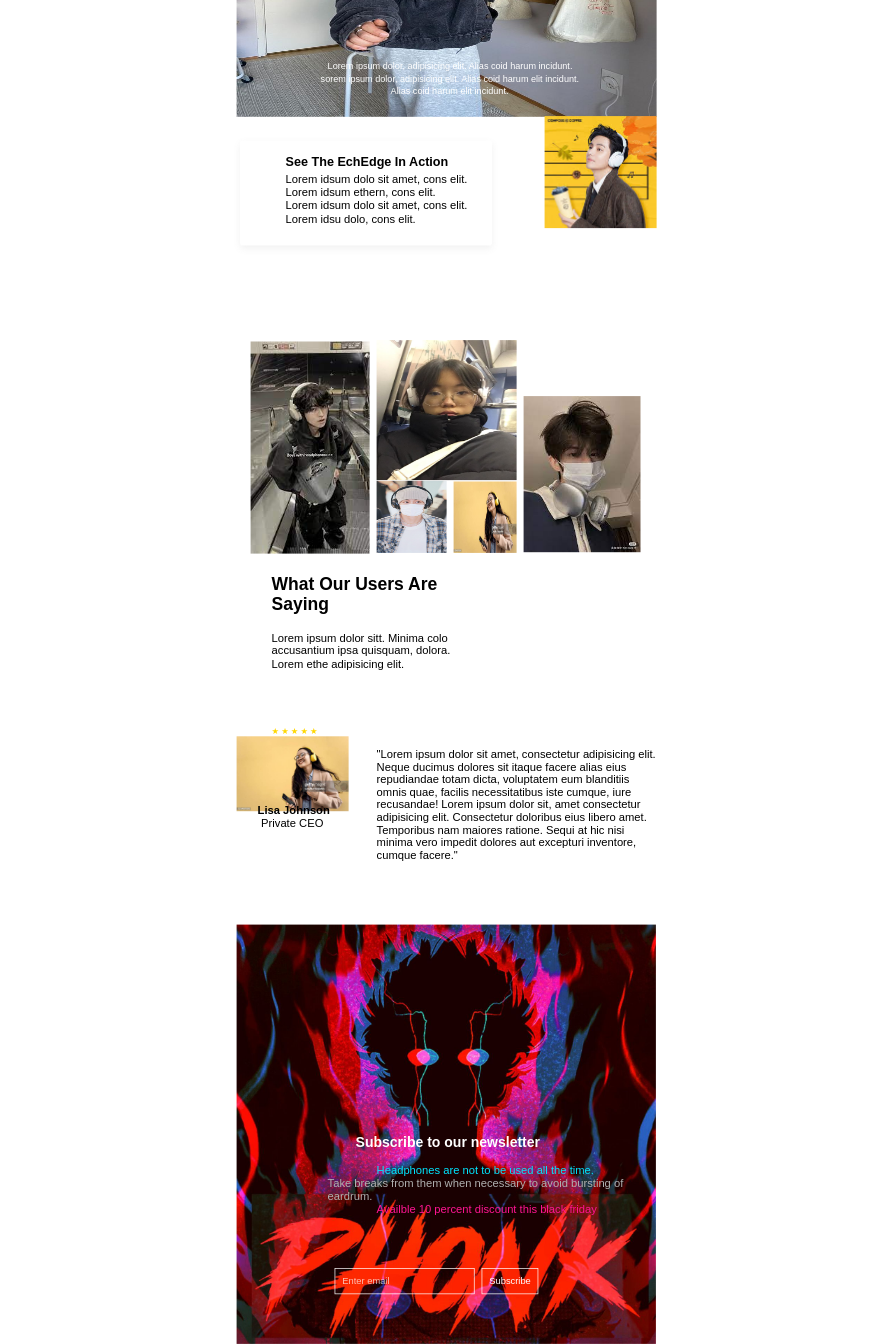
Repository: Femi007-gh/headphones
Page: index.html
An editor plug-in stored every save of this project. The page is shown before and after a run of saves, followed by the edit.
The browser window is 1280 px wide. The pictures show the part of the page from y = 1797 to 3717 px (the page is 3717 px tall), at 70% of full size.

Above is the page before, as saved 2025-03-02 01:12:23.

After the next 3 saves:
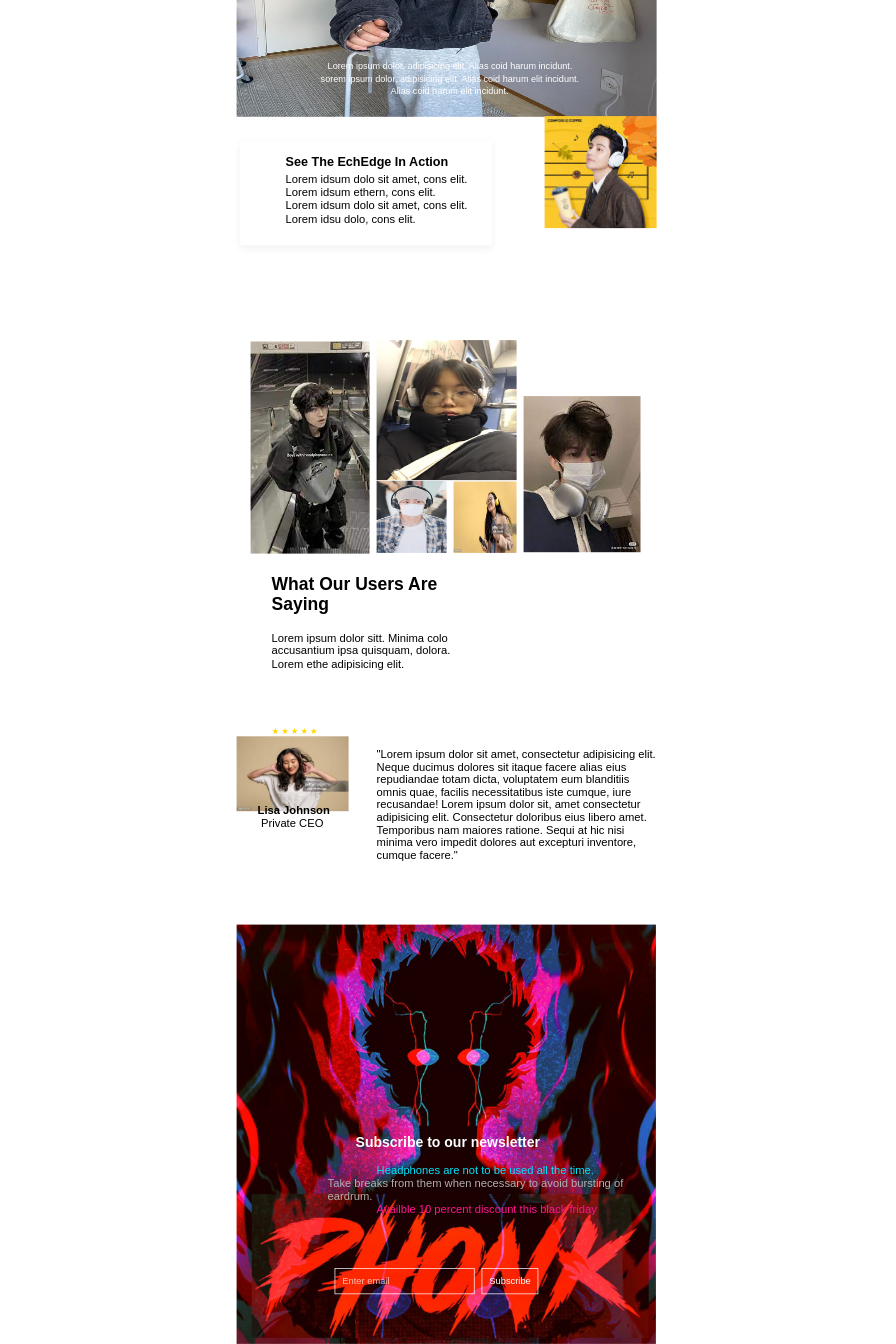
The 3 saves are shown as one change because they came seconds apart.
The last was saved 10 s later.
--- a/index.html
+++ b/index.html
@@ -107,7 +107,7 @@
                 accusantium ipsa quisquam, dolora.</p>
                 <p class="lorem2-2">Lorem ethe adipisicing elit.</p>
                 <div class="stars">★★★★★</div>
-                <img class="circle-image" src="woman-hp3.jpg">
+                <img class="circle-image" src="woman-hp1.jpg">
                 <p class="lorem3-3">"Lorem ipsum dolor sit amet, consectetur adipisicing elit. Neque ducimus dolores sit itaque facere alias eius repudiandae totam dicta, voluptatem eum blanditiis omnis quae, facilis necessitatibus iste cumque, iure recusandae! Lorem ipsum dolor sit, amet consectetur adipisicing elit. Consectetur doloribus eius libero amet. Temporibus nam maiores ratione. Sequi at hic nisi minima vero impedit dolores aut excepturi inventore, cumque facere."</p>
                 <p class="lisa">Lisa Johnson</p>
                 <p class="work">Private CEO</p>

After the 3 saves that followed:
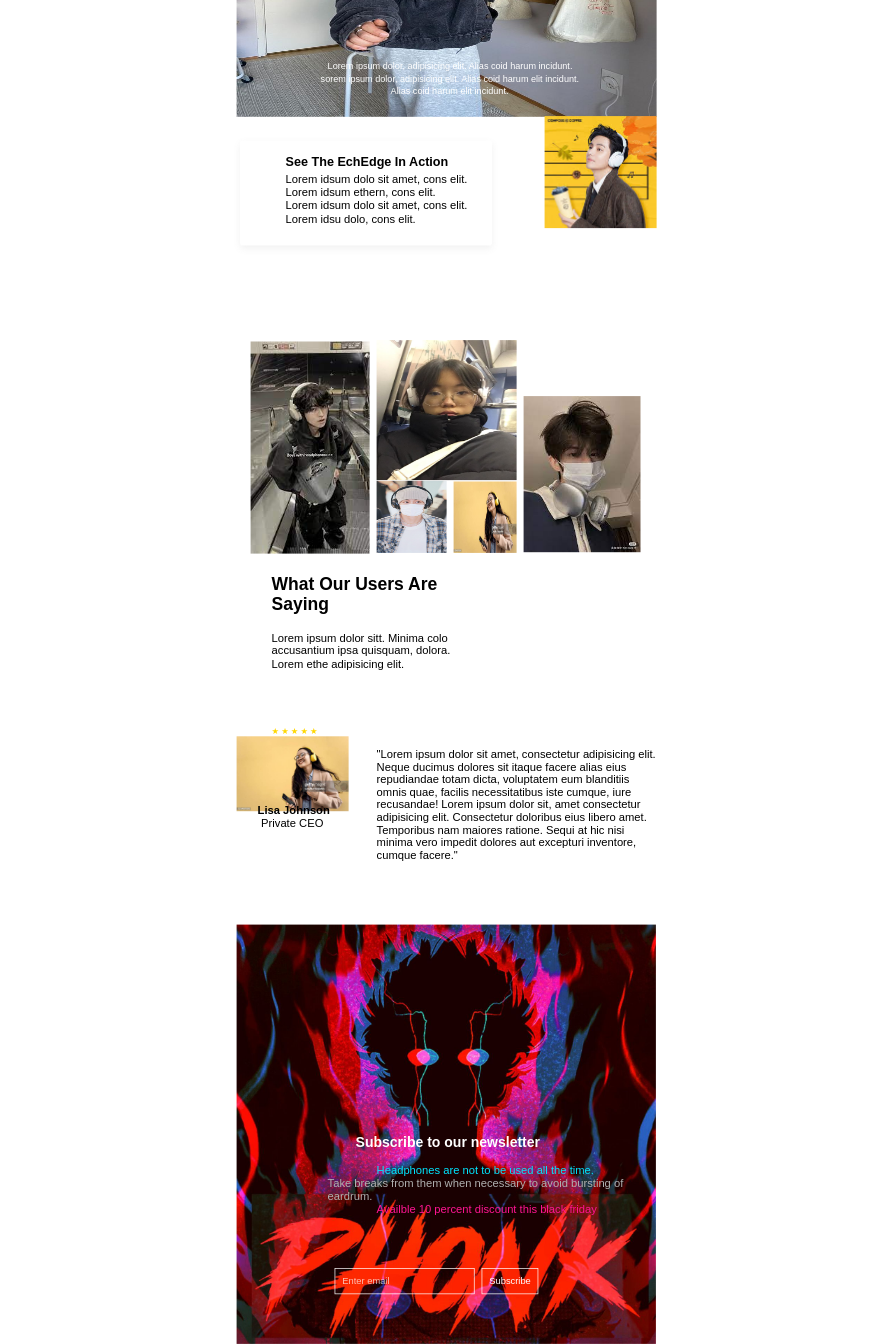
The 3 saves are shown as one change because they came seconds apart.
The last was saved 9 s later.
--- a/index.html
+++ b/index.html
@@ -107,7 +107,7 @@
                 accusantium ipsa quisquam, dolora.</p>
                 <p class="lorem2-2">Lorem ethe adipisicing elit.</p>
                 <div class="stars">★★★★★</div>
-                <img class="circle-image" src="woman-hp1.jpg">
+                <img class="circle-image" src="woman-hp3.jpg">
                 <p class="lorem3-3">"Lorem ipsum dolor sit amet, consectetur adipisicing elit. Neque ducimus dolores sit itaque facere alias eius repudiandae totam dicta, voluptatem eum blanditiis omnis quae, facilis necessitatibus iste cumque, iure recusandae! Lorem ipsum dolor sit, amet consectetur adipisicing elit. Consectetur doloribus eius libero amet. Temporibus nam maiores ratione. Sequi at hic nisi minima vero impedit dolores aut excepturi inventore, cumque facere."</p>
                 <p class="lisa">Lisa Johnson</p>
                 <p class="work">Private CEO</p>
